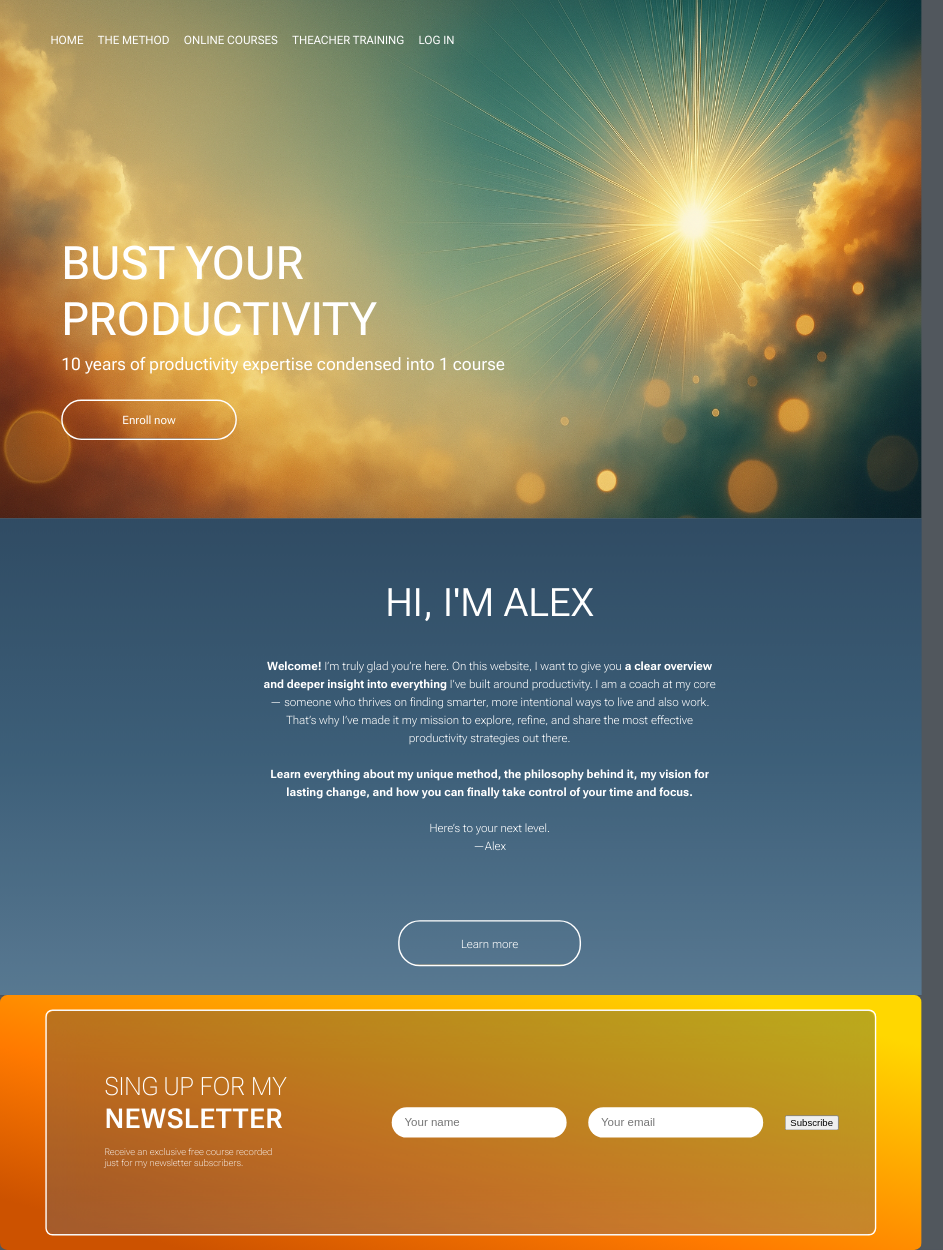
Repository: Parnicoza/testecomplete
Page: Productivity.copie.html
These files come from the project's save history. The page is drawn as it stood at one moment and after the next save; the edit follows.
The browser window is 1280 px wide. The page is 1310 px wide, so the pictures cover 1310 px, including what lies to the right of the window. The pictures show the whole page, at 72% of full size.

Above is the page before, as saved 2025-05-29 13:27:25.

After the next save:
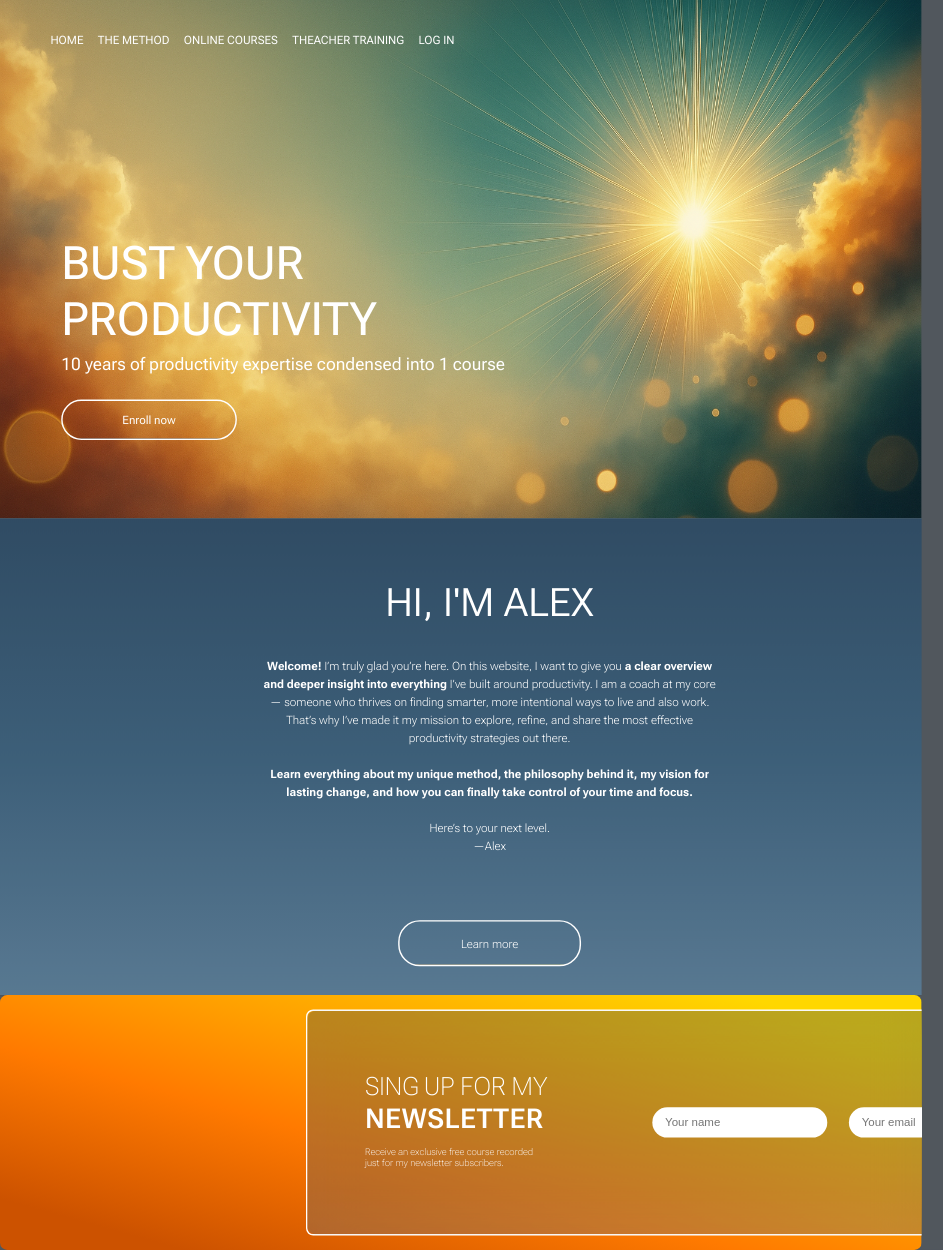
Saved 2 min 45 s later.
--- a/Productivity.copie.html
+++ b/Productivity.copie.html
@@ -59,7 +59,7 @@
     </div>
 
     <div class="newsletter"><!--ACESTA ESTE BACKROUND-UL , DIN SPATE , CEL CU ROSU-->
-        <div class="newsletter-text"><!--ACESTA ESTE BORDERUL/BACKGROUND-UL CU BORDER-->
+        <div class="newsletter-text" style="margin-left: 425px;"><!--ACESTA ESTE BORDERUL/BACKGROUND-UL CU BORDER-->
             <div class="newsletter-overlay"></div>
             <div class="text">
                 <!--ACEST DIV ESTE PENTRU TEXTUL PROPRIU ZIS , AICI PUN TEXTUL SI MA OC CU PROPRIETATILE LUI-->
